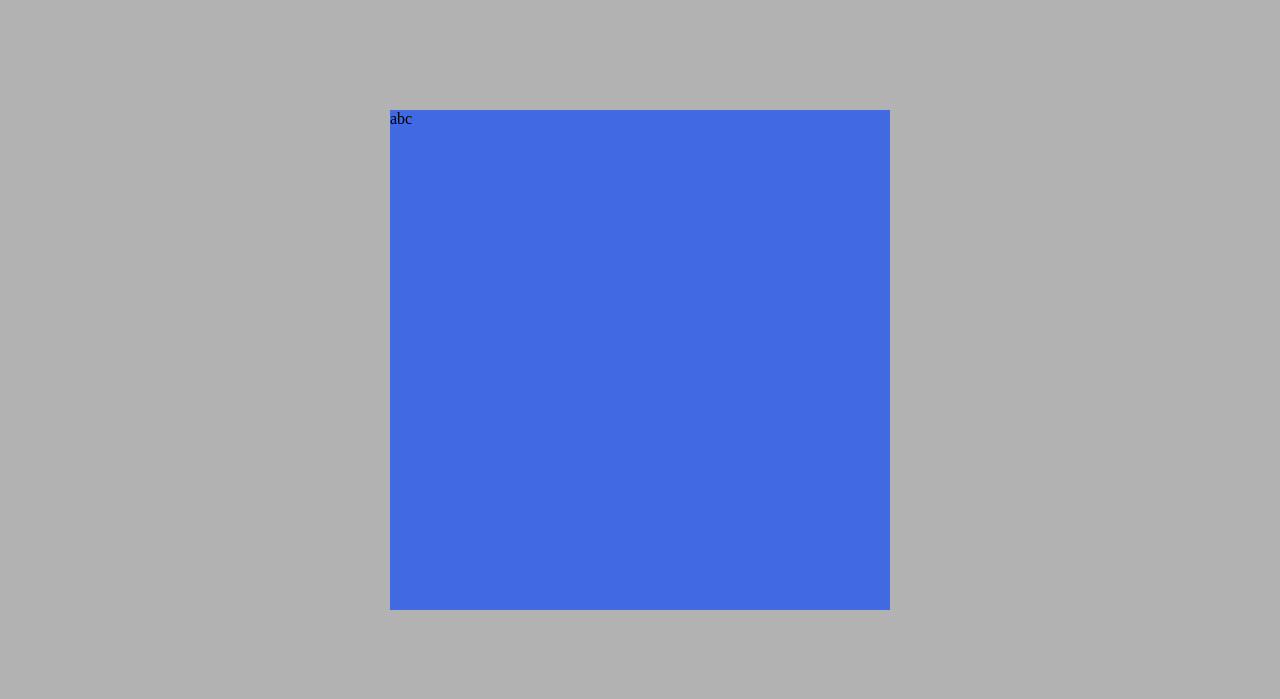
Repository: devix2107/thanhvia8.github.io
Page: background/index.html
The author's editor kept a copy of each file at every save. The page is drawn from the files as they stood at one save, then again after the next save.
The browser window is 1280 px wide. The pictures show the whole page.

Above is the page before, as saved 2021-11-13 16:40:24.

### background/index.html
<!DOCTYPE html>
<html lang="en">
  <head>
    <meta charset="UTF-8" />
    <meta http-equiv="X-UA-Compatible" content="IE=edge" />
    <meta name="viewport" content="width=device-width, initial-scale=1.0" />
    <title>Document</title>
    <link rel="stylesheet" href="./main.css" />
  </head>
  <body>
    <div class="theme">
      <header class="theme-container">abc</header>
    </div>
  </body>
</html>

### background/main.css
* {
  padding: 0;
  margin: 0;
  box-sizing: border-box;
}

.theme {
  position: fixed;
  top: 0;
  bottom: 0;
  right: 0;
  left: 0;
  background: rgba(0, 0, 0, 0.3);
  display: flex;
  align-items: center;
  justify-content: center;
}

.theme-container {
  background-color: royalblue;
  width: 500px;
  min-height: 500px;
}

After the next save:
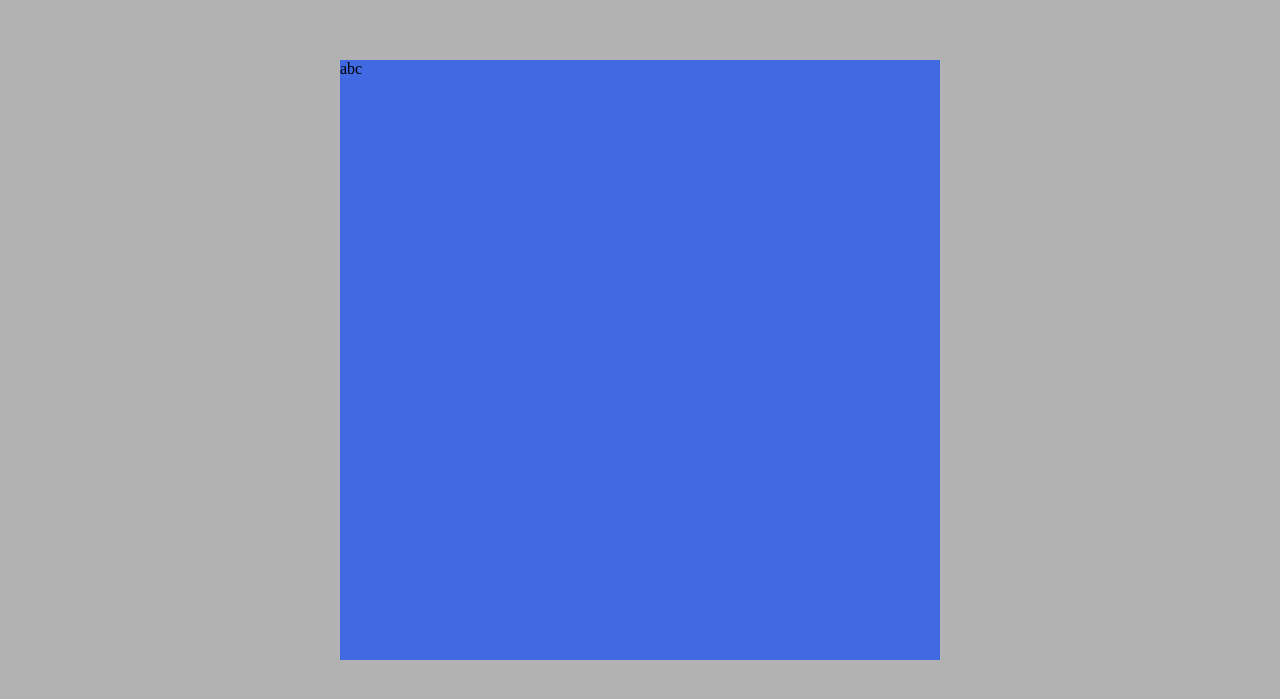
Saved 12 s later.
--- a/background/main.css
+++ b/background/main.css
@@ -18,6 +18,6 @@
 
 .theme-container {
   background-color: royalblue;
-  width: 500px;
-  min-height: 500px;
+  width: 600px;
+  min-height: 600px;
 }
